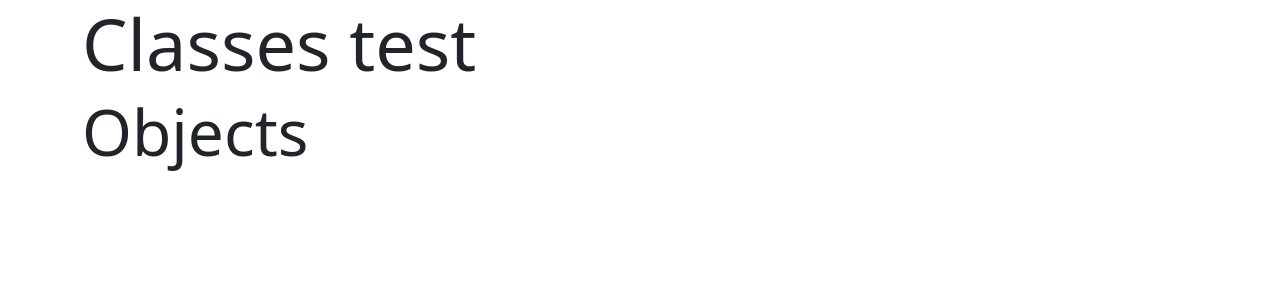
Repository: danieltikamori/wdb
Page: JavaScript/JS-classes/index.html
The author's editor kept a copy of each file at every save. The page is drawn from the files as they stood at one save, then again after a run of saves.
The browser window is 1280 px wide. The pictures show the whole page.

Above is the page before, as saved 2023-01-29 12:22:16.
Console error: SyntaxError: Unexpected token '.'

### JavaScript/JS-classes/index.html
<!DOCTYPE html>
<html lang="en">
  <head>
    <meta charset="UTF-8" />
    <meta http-equiv="X-UA-Compatible" content="IE=edge" />
    <meta name="viewport" content="width=device-width, initial-scale=1.0" />
    <title>JS Classes</title>
    <link href="https://cdn.jsdelivr.net/npm/bootstrap@5.3.0-alpha1/dist/css/bootstrap.min.css" rel="stylesheet" integrity="sha384-GLhlTQ8iRABdZLl6O3oVMWSktQOp6b7In1Zl3/Jr59b6EGGoI1aFkw7cmDA6j6gD" crossorigin="anonymous">
  </head>
  <body>
<div class="container">
  <h1 class="display-2">Classes test</h1>
  <h2 class="display-3">Objects</h2>
</div>


<script src="https://cdn.jsdelivr.net/npm/bootstrap@5.3.0-alpha1/dist/js/bootstrap.bundle.min.js" integrity="sha384-w76AqPfDkMBDXo30jS1Sgez6pr3x5MlQ1ZAGC+nuZB+EYdgRZgiwxhTBTkF7CXvN" crossorigin="anonymous"></script>
    <script src="app.js"></script>
  </body>
</html>

### JavaScript/JS-classes/app.js
class Color {
  //capitalized name
  constructor(r, g, b, name) {
    this.r = r;
    this.g = g;
    this.b = b;
    this.colorName = name; //or just name
  }

  methodGreet() {
    return `Hello from ${this.colorName} color!!!`;
  }

  innerRGB() {
    //function
    const { r, g, b } = this;
    return `${r}, ${g}, ${b}`;
  }
  // methodRGB(){
  //   return `${this.r}, ${this.g}, ${this.b}`;
  // }

  methodRGB() {
    //or just rgb
    return `RGB(${this.innerRGB()})`;
  }

  methodRGBA(a = 1.0) {
    return `RGBA(${this.innerRGB()}, ${a})`;
  }

  methodHEX() {
    // or just hex
    const { r, g, b } = this;
    return "#" + ((1 << 24) + (r << 16) + (g << 8) + b).toString(16).slice(1);
  }
}

const red = new Color(255, 0, 0, "red");
const white = new Color(255, 255, 255, "white");

//try on console:
document.body.style.backgroundColor = red.methodRGBA(0.8);
document..style.backgroundColor = red.methodRGB();

After the next 2 saves:
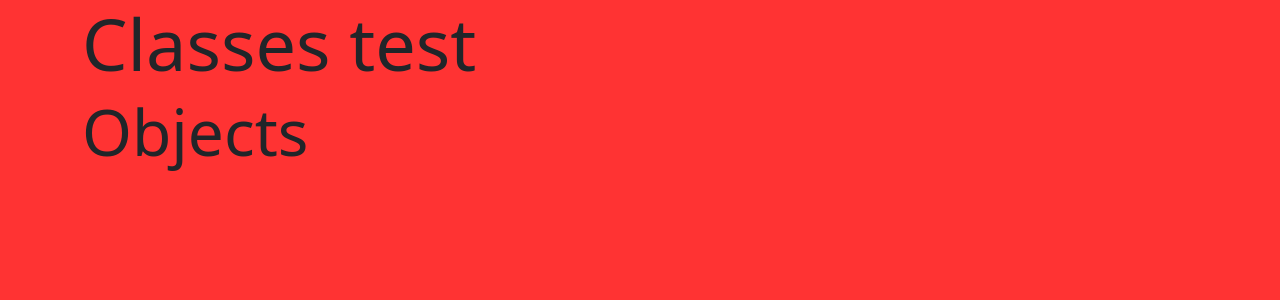
The error is gone.
The 2 saves are shown as one change because they came seconds apart.
The last was saved 8 s later.
--- a/JavaScript/JS-classes/app.js
+++ b/JavaScript/JS-classes/app.js
@@ -41,4 +41,3 @@ const white = new Color(255, 255, 255, "white");
 
 //try on console:
 document.body.style.backgroundColor = red.methodRGBA(0.8);
-document..style.backgroundColor = red.methodRGB();
